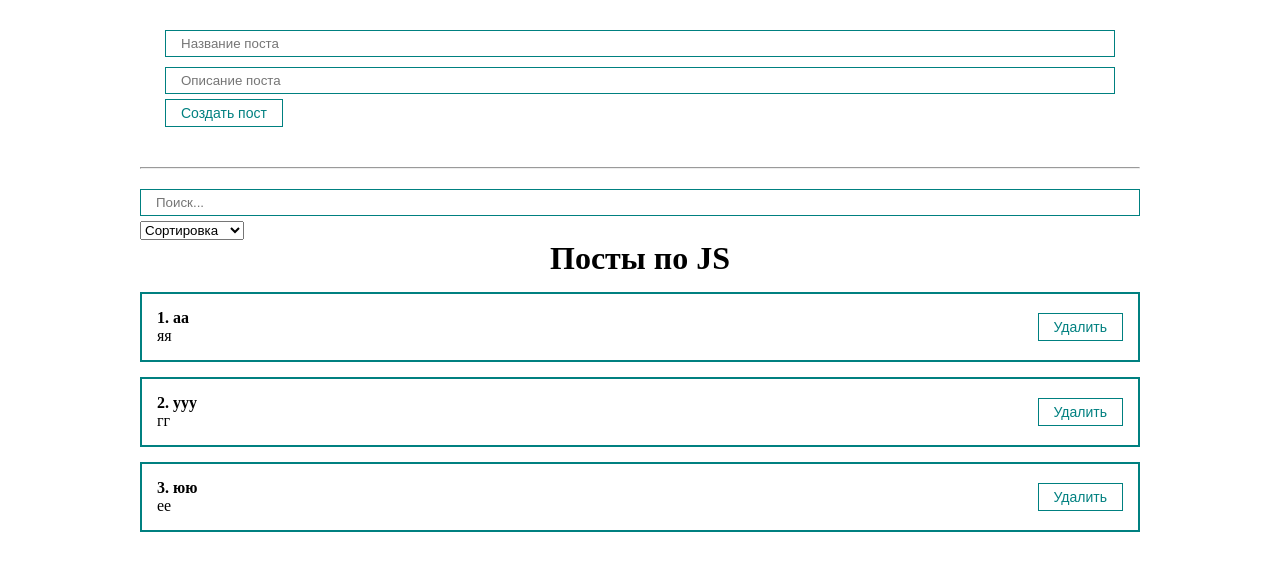
Repository: otvertka/ulb
Page: /
An editor plug-in stored every save of this project. The page is shown before and after the next save, followed by the edit.
The browser window is 1280 px wide. The pictures show the whole page.
The project was rebuilt for these pictures with package versions that can differ from the ones it lists, and the page was loaded fresh each time. Also part of the build but not shown: src/components/Counter.jsx, src/components/ClassCounter.jsx.

Above is the page before, as saved 2023-06-13 11:45:07.

After the next save:
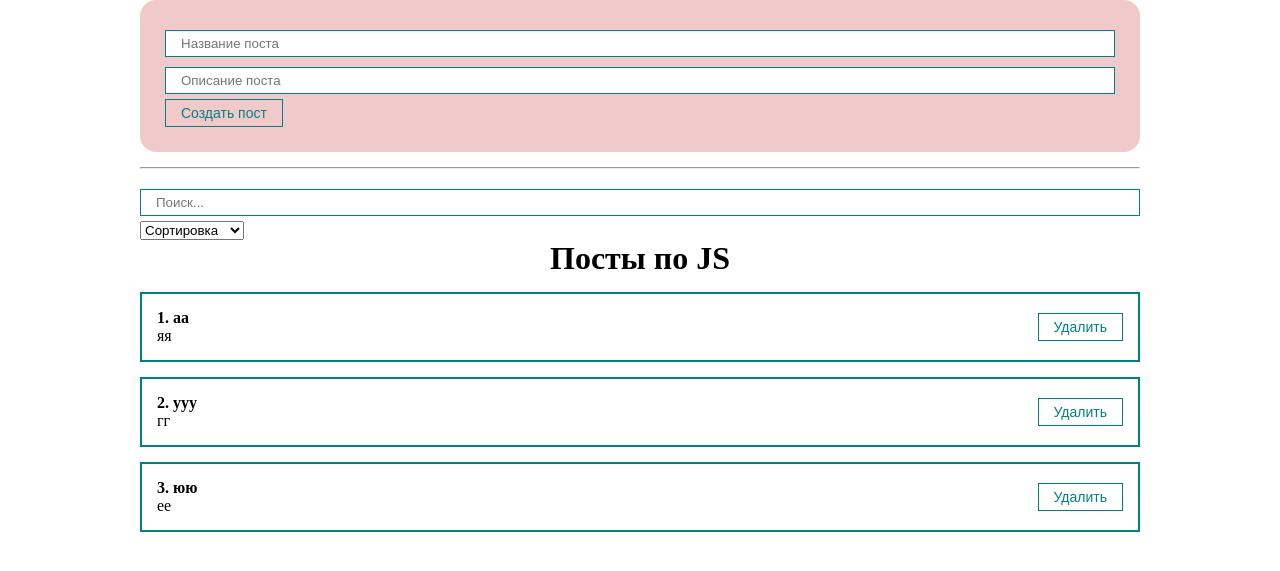
Saved 8 s later.
--- a/src/components/UI/MyModal/MyModal.module.css
+++ b/src/components/UI/MyModal/MyModal.module.css
@@ -10,7 +10,7 @@
 
 .myModalContent {
   padding: 25px;
-  background: white;
+  background: rgb(240, 202, 202);
   border-radius: 16px;
   min-width: 250px;
 }
